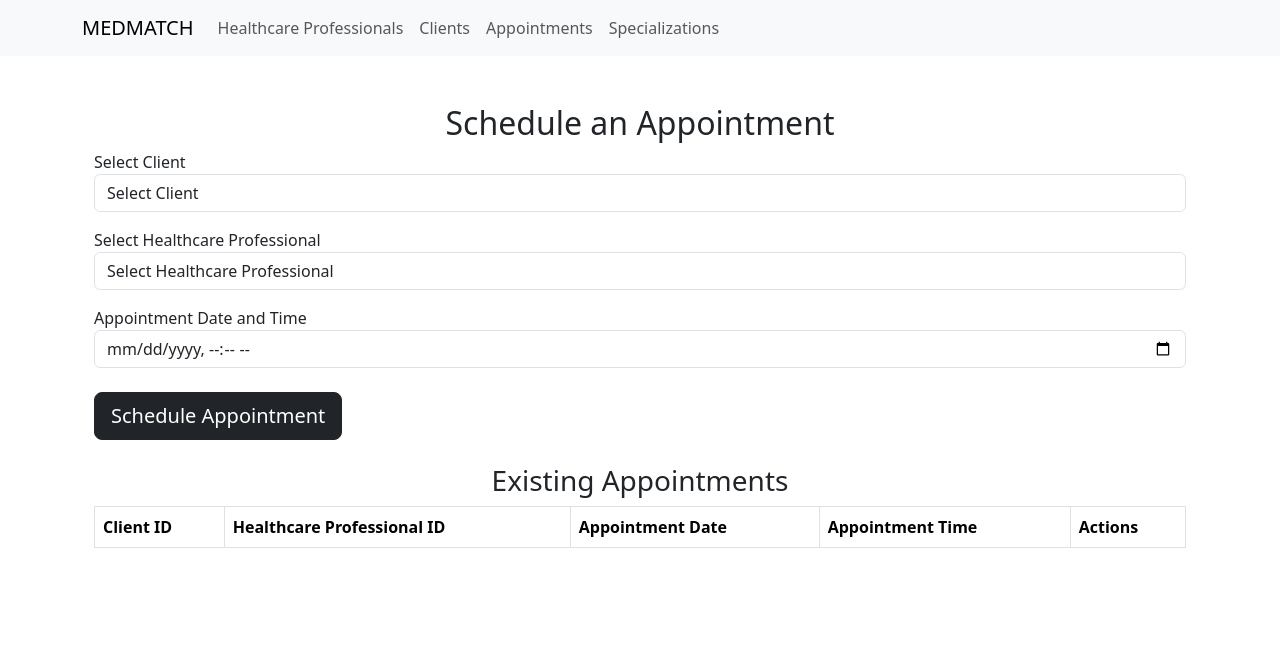
Repository: fahma20/medmatch-platform
Page: /appointments (app in client/)
These files come from the project's save history. The page is drawn as it stood at one moment and after the next save; the edit follows.
The browser window is 1280 px wide. The pictures show the whole page.
The page's requests for data from a server got no answer. The project was rebuilt for these pictures with package versions that can differ from the ones it lists, and the page was loaded fresh each time. No one was signed in, and anything a server would have sent is missing. Also part of the build but not shown: client/src/components/Healthcareprofessionals.js, client/src/components/Specializations.js, client/src/components/Clients.js, client/src/components/Homepage.js.

Above is the page before, as saved 2025-01-31 09:55:12.

After the next save:
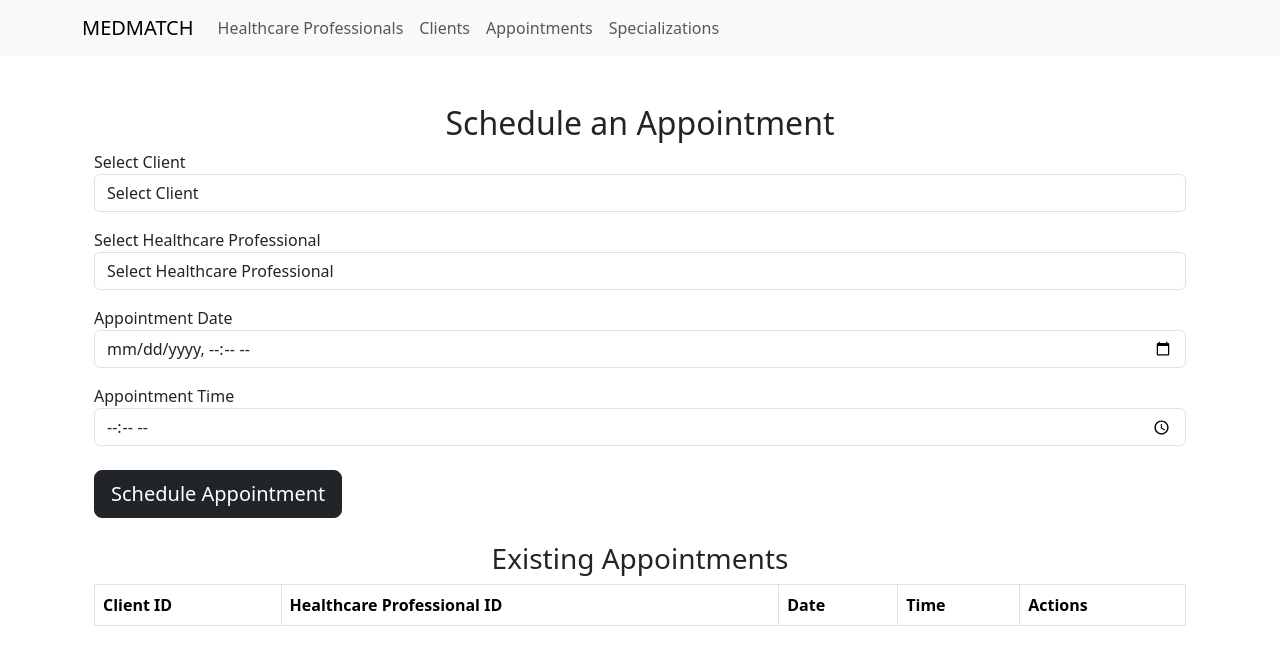
Saved 6 min 9 s later.
--- a/client/src/components/Appointments.js
+++ b/client/src/components/Appointments.js
@@ -229,27 +229,7 @@ const Appointments = () => {
         }
     };
 
-    const resetForm = () => {
-        setClientId('');
-        setProfessionalId('');
-        setAppointmentDate('');
-        setAppointmentTime('');
-    };
-
-    // Function to split date and time from a combined datetime string
-    const splitDateTime = (dateTime) => {
-        const date = new Date(dateTime);
-        // Check if the date is valid
-        if (isNaN(date)) {
-            return { date: 'Invalid Date', time: 'Invalid Time' }; // Handle invalid date
-        }
-
-        const formattedDate = date.toLocaleDateString(); // Format as mm/dd/yyyy
-        const formattedTime = date.toLocaleTimeString([], { hour: '2-digit', minute: '2-digit' }); // Format as hh:mm
-        return { date: formattedDate, time: formattedTime };
-    };
-
-    // Handle appointment deletion
+    // Function to handle the deletion of an appointment
     const handleDelete = async (appointmentId) => {
         try {
             const response = await fetch(`http://127.0.0.1:5000/api/appointments/${appointmentId}`, {
@@ -257,6 +237,7 @@ const Appointments = () => {
             });
 
             if (response.ok) {
+                // Remove the deleted appointment from the state without refreshing the page
                 setAppointments((prevAppointments) =>
                     prevAppointments.filter((appointment) => appointment.id !== appointmentId)
                 );
@@ -267,6 +248,13 @@ const Appointments = () => {
         } catch (error) {
             setMessage('Error connecting to the server.');
         }
+    };
+
+    const resetForm = () => {
+        setClientId('');
+        setProfessionalId('');
+        setAppointmentDate('');
+        setAppointmentTime('');
     };
 
     return (
@@ -304,7 +292,7 @@ const Appointments = () => {
                     </select>
                 </div>
                 <div className="form-group mt-3">
-                    <label>Appointment Date and Time</label>
+                    <label>Appointment Date</label>
                     <input
                         type="datetime-local"
                         className="form-control"
@@ -313,6 +301,16 @@ const Appointments = () => {
                         required
                     />
                 </div>
+                <div className="form-group mt-3">
+                    <label>Appointment Time</label>
+                    <input
+                        type="time"
+                        className="form-control"
+                        value={appointmentTime}
+                        onChange={(e) => setAppointmentTime(e.target.value)}
+                        required
+                    />
+                </div>
                 <button type="submit" className="btn btn-dark btn-lg mt-4">
                     Schedule Appointment
                 </button>
@@ -327,31 +325,28 @@ const Appointments = () => {
                         <tr>
                             <th>Client ID</th>
                             <th>Healthcare Professional ID</th>
-                            <th>Appointment Date</th>
-                            <th>Appointment Time</th>
+                            <th>Date</th>
+                            <th>Time</th>
                             <th>Actions</th>
                         </tr>
                     </thead>
                     <tbody>
-                        {appointments.map((appointment) => {
-                            const { date, time } = splitDateTime(appointment.date_time); // Split datetime into date and time
-                            return (
-                                <tr key={appointment.id}>
-                                    <td>{appointment.client_id}</td>
-                                    <td>{appointment.healthcare_professional_id}</td>
-                                    <td>{date}</td>
-                                    <td>{time}</td>
-                                    <td>
-                                        <button
-                                            className="btn btn-danger"
-                                            onClick={() => handleDelete(appointment.id)}
-                                        >
-                                            Delete
-                                        </button>
-                                    </td>
-                                </tr>
-                            );
-                        })}
+                        {appointments.map((appointment) => (
+                            <tr key={appointment.id}>
+                                <td>{appointment.client_id}</td>
+                                <td>{appointment.healthcare_professional_id}</td>
+                                <td>{appointment.date}</td>
+                                <td>{appointment.time}</td>
+                                <td>
+                                    <button
+                                        className="btn btn-danger"
+                                        onClick={() => handleDelete(appointment.id)}
+                                    >
+                                        Delete
+                                    </button>
+                                </td>
+                            </tr>
+                        ))}
                     </tbody>
                 </table>
             </div>
